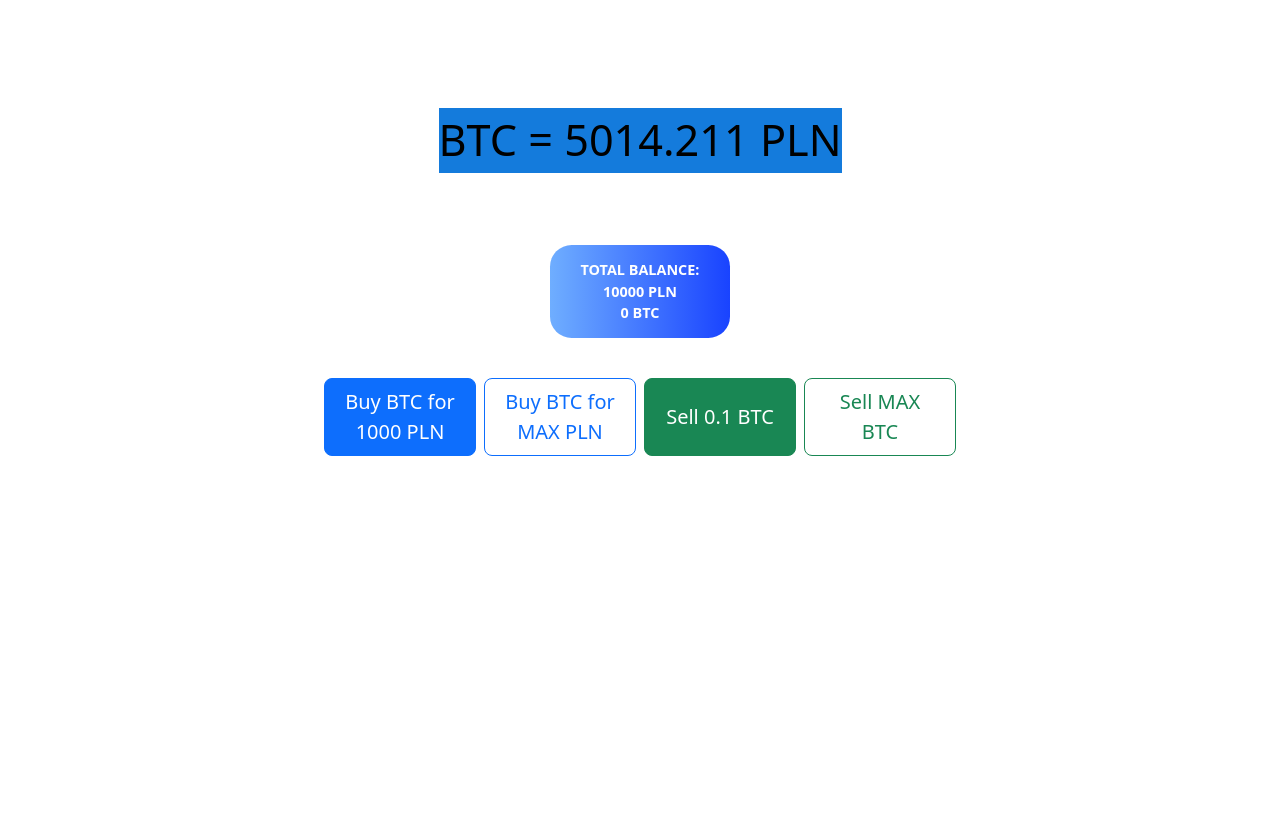
Repository: michalgornicki/bitcoin-virtual
Page: /
These files come from the project's save history. The page is drawn as it stood at one moment and after the next save; the edit follows.
The browser window is 1280 px wide. The pictures show the whole page.
The project was rebuilt for these pictures with package versions that can differ from the ones it lists, and the page was loaded fresh each time.

Above is the page before, as saved 2021-12-05 22:54:15.

### src/App.jsx
import React, { useState, useEffect } from "react";
import "./App.css";
import Button from "react-bootstrap/Button";
import "bootstrap/dist/css/bootstrap.min.css";

function App() {
  const [bitcoinPrice, setBitcoinPrice] = useState(5000);
  const [accountPLN, setAccountPLN] = useState(10000);
  const [accountBTC, setAccountBTC] = useState(0);

  const bitcoin = () => {
    let randomNumber = parseFloat((Math.random() * 20 - 10).toFixed(3));
    setBitcoinPrice((bitcoinPrice) =>
      parseFloat((bitcoinPrice + randomNumber).toFixed(3))
    );
    console.log(bitcoinPrice);

    setTimeout(bitcoin, 1000);
  };

  const buyBitcoin = () => {
    if (accountPLN >= 1000) {
      setAccountPLN(accountPLN - 1000);
      setAccountBTC((accountBTC) =>
        parseFloat((accountBTC + 1000 / bitcoinPrice).toFixed(6))
      );
      console.log(accountBTC);
    } else {
      setAccountPLN(0);
      setAccountBTC((accountBTC) =>
        parseFloat((accountBTC + accountPLN / bitcoinPrice).toFixed(6))
      );
    }
  };

  const buyMAXBitcoin = () => {
      setAccountPLN(0);
      setAccountBTC((accountBTC) =>
        parseFloat((accountBTC + accountPLN/bitcoinPrice).toFixed(6))
      );
      console.log(accountBTC);
  };

  const sellBitcoin = () => {
    if (accountBTC >= 0.1) {
      setAccountPLN(parseFloat((accountPLN + bitcoinPrice / 10).toFixed(6)));
      setAccountBTC((accountBTC) => parseFloat((accountBTC - 0.1).toFixed(6)));
      console.log(accountBTC);
    } else {
      setAccountPLN(
        parseFloat((accountPLN + bitcoinPrice * accountBTC).toFixed(6))
      );
      setAccountBTC((accountBTC) => parseFloat((0).toFixed(6)));
    }
  };

  const sellMAXBitcoin = () => {
      setAccountPLN(parseFloat((accountPLN + bitcoinPrice*accountBTC).toFixed(6)));
      setAccountBTC(0);
      console.log(accountBTC);
  };

  useEffect(() => {
    bitcoin();
  }, []);

  return (
    <div className="wrapper">
      <div className="price">BTC = {bitcoinPrice} PLN</div>
      <div className="account-container">
        <div className="account">TOTAL BALANCE:</div>
        <div className="account">{accountPLN} PLN</div>
        <div className="account">{accountBTC} BTC</div>
      </div>

      <div className="button-container w-50 m-auto">
        <Button variant="primary m-1 btn-lg w-50" onClick={buyBitcoin}>
          Buy BTC for 1000 PLN
        </Button>
        <Button variant="outline-primary m-1 btn-lg w-50" onClick={buyMAXBitcoin}>
          Buy BTC for MAX PLN
        </Button>
        <Button variant="success m-1 btn-lg w-50" onClick={sellBitcoin}>
          Sell 0.1 BTC
        </Button>
        <Button variant="outline-success m-1 btn-lg w-50" onClick={sellMAXBitcoin}>
          Sell MAX BTC
        </Button>
      </div>
    </div>
  );
}

export default App;

### src/App.css

body{
    font-family:'Segoe UI', Tahoma, Geneva, Verdana, sans-serif;
    user-select: none;
}

.wrapper{
    height: 100vh;
    display: block;
    margin: auto;
}

.price{
    font-size: 6vmin;
    display: block;
    margin: auto;
    margin-top: 15vmin;
    text-align: center;
    width: fit-content;
    color: rgb(0, 0, 0);
    background-color: rgb(20, 123, 220);
}

.account-container{
    display: block;
    margin: auto;
    margin-top: 10vmin;
    margin-bottom: 5vmin;
    background: linear-gradient(to left, rgb(25, 67, 255), rgb(111, 174, 255));
    color: white;
    padding: 2vmin;
    border-radius: 3vmin;
    width: 14%;
}

.account{
    font-size: 2vmin;
    font-weight: 600;
    display: block;
    margin: auto;
    text-align: center;
}

.button-container{
    display: flex;
    justify-content: center;
}

.button{
    height: 10vmin;
    width: 10vmin;
    background-color: green;
    color: white;
    text-align: center;
    display: block;
    margin: 2vmin;
    margin-top: 10vmin;
    cursor: pointer;
}

Loaded but not shown: public/index.html (common file); src/index.js (common file); src/index.css (common file); src/reportWebVitals.js (common file)

After the next save:
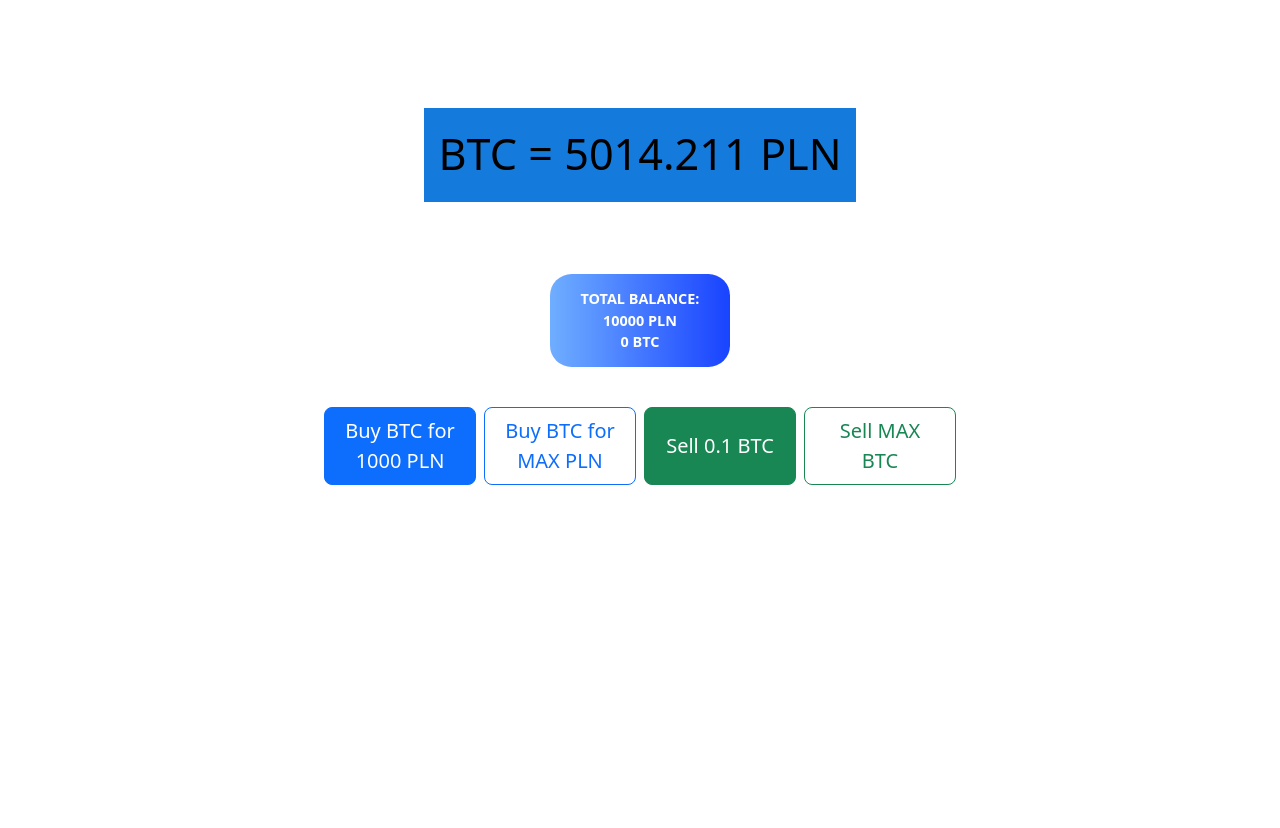
Saved 7 s later.
--- a/src/App.css
+++ b/src/App.css
@@ -15,6 +15,7 @@ body{
     display: block;
     margin: auto;
     margin-top: 15vmin;
+    padding: 2vmin;
     text-align: center;
     width: fit-content;
     color: rgb(0, 0, 0);
